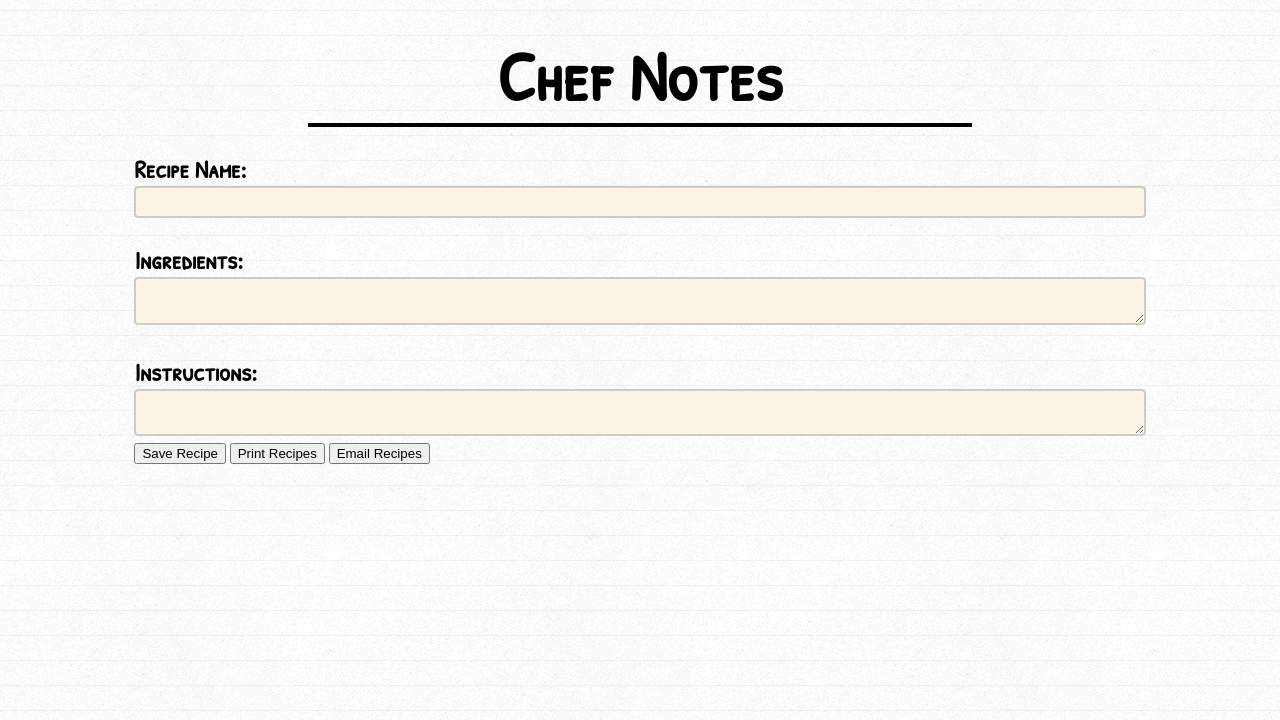
Repository: Chadloswald/RecipeSite
Page: docs/index.html
These files come from the project's save history. The page is drawn as it stood at one moment and after the next save; the edit follows.
The browser window is 1280 px wide. The pictures show the whole page.

Above is the page before, as saved 2023-05-22 13:03:32.

### docs/index.html
<!DOCTYPE html>
<html lang="en">
  <head>
    <meta charset="UTF-8">
    <meta name="viewport" content="width=device-width, initial-scale=1.0">
    <title>ChefNotes</title>
    <style type="text/css">
    </style>
    <link rel="stylesheet" href="style.css">
  </head>
  <body>
    <h1>Chef Notes</h1>
    <form>
      <label for="name">Recipe Name:</label>
      <input type="text" id="name" name="name">
      <br>
      <label for="ingredients">Ingredients:</label>
      <textarea id="ingredients" name="ingredients"></textarea>
      <br>
      <label for="instructions">Instructions:</label>
      <textarea id="instructions" name="instructions"></textarea>
      <br>
      <div id="button-container"></div>
        <button id="saveButton" type="button">Save Recipe</button>
        <button id="printButton">Print Recipes</button>
        <button id="emailButton">Email Recipes</button>
      </div>
    </form>
    <div id="recipe-list">
      <div class="recipe-line"></div>
    <div id="list"></div>
    </div>
    <script src="scripts.js"></script>
  </body>
</html>

### docs/style.css
@font-face {
  font-family: 'Patrick Hand';
  src: url('PatrickHandSC-Regular.ttf') format('truetype');
}

body {
  font-family: 'Patrick Hand', cursive;
  margin-top: 30px 0px 0px 0px;
  padding: 0;
  background-image: url("lined-paper-2.png");
}

h1 {
  text-align: center;
  padding: 20px 0 0 0;
  border-bottom: 4px solid black;
  margin: 0 300px;
  font-size: 70px;
}

form {
  width: 80%;
  margin: 0 auto;
}

label {
  display: block;
  font-weight: bold;
  margin-top: 1em;
  font-size: 25px;
}

input[type="text"], textarea {
  background-color: #FCF5E5;
  width: 100%;
  box-sizing: border-box;
  padding: 0.5em;
  border: 2px solid #ccc;
  border-radius: 4px;
}

/* button {
  flex-direction: row;
  margin: 1em auto;
  padding: 0.5em;
  border-radius: 4px;
  font-size: 30px;
  border: none;
  cursor: pointer;
  background-color: #ADD8E6;
  color: black;
} */

button:hover {
  background-color: gray;
  color: #FCF5E5;
}

.button-container {
  display: flex;
  flex-direction: row;
  align-items: center;
  justify-content: center;
}

.button-container button {
  margin: 0 10px;
  flex-direction: row;
  margin: 1em auto;
  padding: 0.5em;
  border-radius: 4px;
  font-size: 30px;
  border: none;
  cursor: pointer;
  background-color: #ADD8E6;
  color: black;
}

#recipe-list {
  width: 80%;
  margin: 1em auto;
  font-size: 25px;
}

h2 {
  font-size: 25px;
}

p {
  font-size: 20px;
}

.recipe-line {
  height: 1px;
	background-color: black;
	position: relative;
	margin-top: 30px;
	margin-bottom: 30px;
	left: 0;
	width: 50%;
  display: none;
}

.recipe:not(:last-child) .recipe-line {
  display: block;
  margin-left: 25%;
}

/* Printing style */
@media print {
  /* Remove form elements */
  form {
    display: none;
  }

  /* Position Chef and Notes next to each other */
  h1 {
    display: flex;
    align-items: center;
    justify-content: center;
    font-size: 40px;
    margin: 0;
    padding-top: 20px;
    border-bottom: 4px solid black;
    page-break-after: avoid; /* prevent the header from breaking across pages */
  }

  h1 span:first-child {
    margin-right: 20px; /* add space between Chef and Notes */
  }

  /* Adjust margins and padding */
  body {
    margin: 20mm 25mm 20mm 25mm; /* top right bottom left */
    padding: 0;
  }

  h2 {
    font-size: 30px;
  }

  p {
    font-size: 20px;
  }

  /* Add page breaks between recipes */
  .recipe:not(:last-child) {
    page-break-after: always;
  }
  #recipe-list {
    margin-left: 0;
  }
}

/* Media query for screens with a maximum width of 600 pixels */
@media screen and (max-width: 600px) {
  body {
    /* Modify the styles for smaller screens */
    margin-top: 10px;
  }

  h1 {
    /* Modify the styles for smaller screens */
    font-size: 40px;
    margin: 0 50px;
  }

  form {
    /* Modify the styles for smaller screens */
    width: 90%;
  }

  button {
    font-size: 15px; /* Adjust the font size */
    padding: 0.3em; /* Adjust the padding */
  }
}

### docs/scripts.js
document.addEventListener('DOMContentLoaded', function() {
  const saveButton = document.getElementById('saveButton');
  const printButton = document.getElementById('printButton');
  const emailButton = document.getElementById('emailButton');
  const nameInput = document.getElementById('name');
  const ingredientsInput = document.getElementById('ingredients');
  const instructionsInput = document.getElementById('instructions');
  const recipeList = document.getElementById('recipe-list');

  saveButton.addEventListener('click', function() {
    const name = nameInput.value;
    const ingredients = ingredientsInput.value;
    const instructions = instructionsInput.value;

    const recipe = document.createElement('div');
    const recipeName = document.createElement('h2');
    const recipeIngredients = document.createElement('p');
    const recipeInstructions = document.createElement('p');
    const recipeLine = document.createElement('div');

    recipeLine.classList.add('recipe-line');
    recipe.appendChild(recipeLine);

    recipeName.innerText = name;
    recipeIngredients.innerText = `Ingredients: ${ingredients}`;
    recipeInstructions.innerText = `Instructions: ${instructions}`;

    recipe.appendChild(recipeName);
    recipe.appendChild(recipeIngredients);
    recipe.appendChild(recipeInstructions);

    recipeList.appendChild(recipe);
    recipeLine.style.display = 'block';

    nameInput.value = '';
    ingredientsInput.value = '';
    instructionsInput.value = '';
  });

  printButton.addEventListener('click', function() {
    const recipeContainer = recipeList.innerHTML;
    const printContent = document.createElement('div');
    printContent.innerHTML = recipeContainer;

    const mailtoLink = document.createElement('a');
    mailtoLink.href = 'mailto:?subject=My Saved Recipes&body=' + encodeURIComponent(printContent.innerText);

    // Create a temporary link and simulate a click
    const tempLink = document.createElement('a');
    tempLink.href = mailtoLink.href;
    tempLink.style.display = 'none';
    tempLink.target = '_blank';
    document.body.appendChild(tempLink);
    tempLink.click();
    document.body.removeChild(tempLink);
  });

  emailButton.addEventListener('click', function() {
    const recipient = prompt('What email address do you want to send your recipes to?');
    if (recipient) {
      const mailtoLink = document.createElement('a');
      mailtoLink.href = 'mailto:' + recipient + '?subject=My Saved Recipes&body=' + encodeURIComponent(recipeList.innerText);
      mailtoLink.click();
    }
  });
});

After the next save:
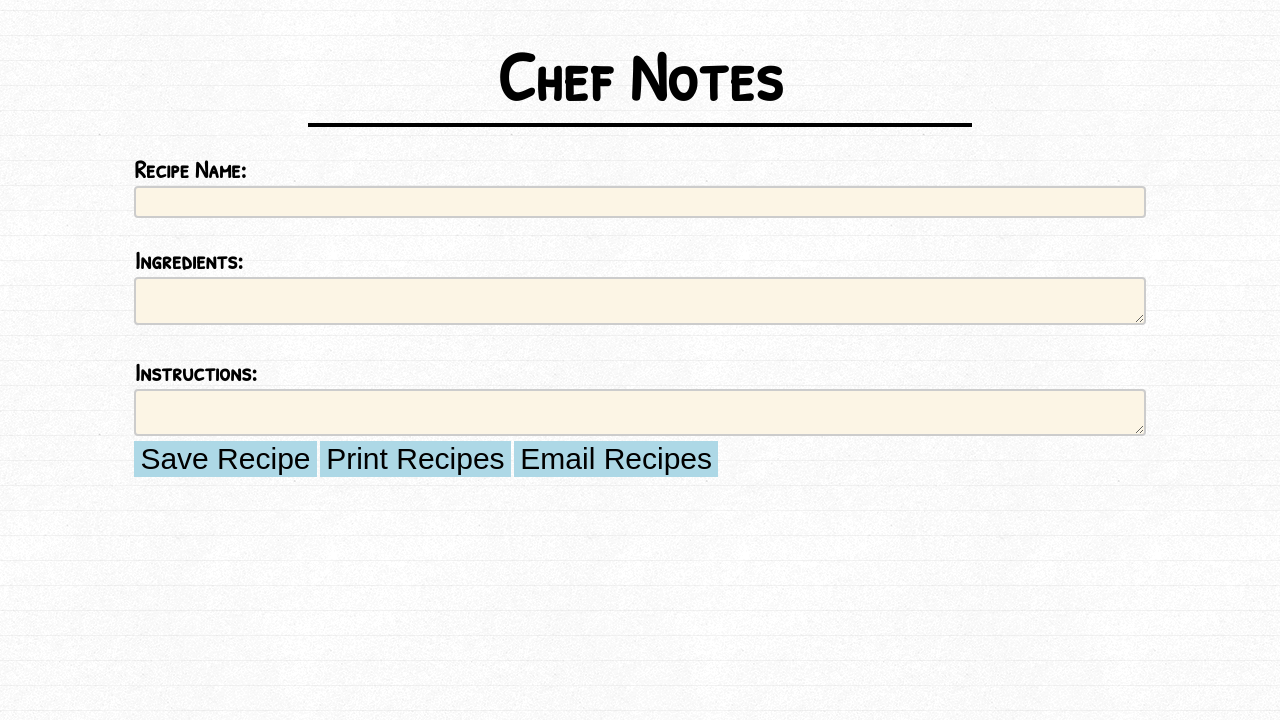
Saved 45 s later.
--- a/docs/style.css
+++ b/docs/style.css
@@ -39,17 +39,17 @@ input[type="text"], textarea {
   border-radius: 4px;
 }
 
-/* button {
-  flex-direction: row;
-  margin: 1em auto;
-  padding: 0.5em;
-  border-radius: 4px;
+button {
+  /* flex-direction: row;
+  margin: 1em auto; */
+  /* padding: 0.5em;
+  border-radius: 4px; */
   font-size: 30px;
   border: none;
   cursor: pointer;
   background-color: #ADD8E6;
   color: black;
-} */
+}
 
 button:hover {
   background-color: gray;
@@ -65,15 +65,6 @@ button:hover {
 
 .button-container button {
   margin: 0 10px;
-  flex-direction: row;
-  margin: 1em auto;
-  padding: 0.5em;
-  border-radius: 4px;
-  font-size: 30px;
-  border: none;
-  cursor: pointer;
-  background-color: #ADD8E6;
-  color: black;
 }
 
 #recipe-list {
